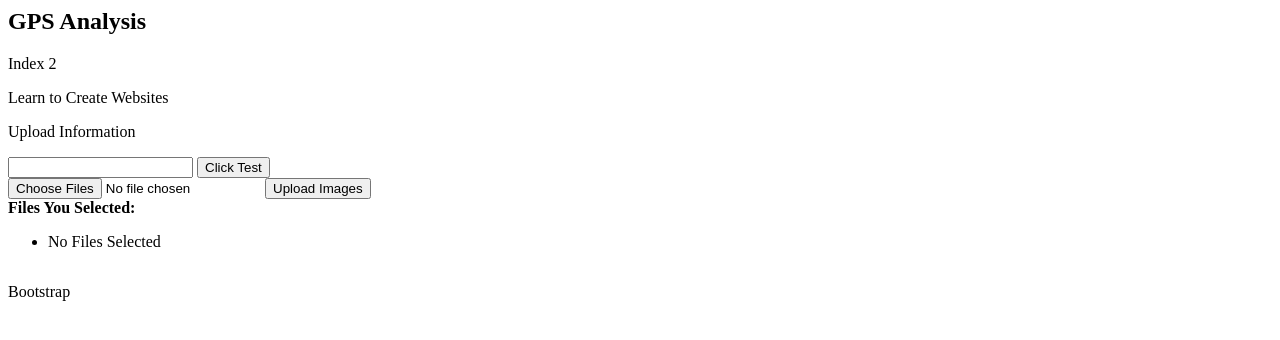
Repository: hanjangchen/Raspberry
Page: prjGAEGPSAnalysis/prjGPSAnalysis/src/static/my_ng_templates/desktop/index_data_analysis.html
These files come from the project's save history. The page is drawn as it stood at one moment and after the next save; the edit follows.
The browser window is 1280 px wide. The pictures show the whole page.

Above is the page before, as saved 2014-11-02 22:29:10.
Console error: ReferenceError: $ is not defined

### prjGAEGPSAnalysis/prjGPSAnalysis/src/static/my_ng_templates/desktop/index_data_analysis.html
<!-- sub-template for index page -->
<div>
	<h2>GPS Analysis</h2>
	<my-index-gps-data>
	<p>Index 2</p>
	</my-index-gps-data>
</div>

<!-- content block -->
<div class="container-fluid" ng-controller = "myIndexTwoCtrl as ctrl">
	<div class="jumbotron">
		<p>Learn to Create Websites</p>
	</div>
	<div class="row">
		<div class="col-xs-2 col-sm-2 col-md-2 col-lg-2 ">
		</div>
		<div class="col-xs-8 col-sm-8 col-md-8 col-lg-8 text-center">
			<p>Upload Information</p>
			<div class="col-xs-12 col-sm-12 col-md-12 col-lg-12 form-group text-center">
				<input type="text" ng-model="images_data_to_upload" class="col-xs-12 col-sm-12 col-md-12 col-lg-12 form-control ">
				<input type="button" value="Click Test" ng-click= "ctrl.upload_img_to_blobstore()" class="col-xs-12 col-sm-12 col-md-12 col-lg-12 btn btn-default " >
			</div>
			<div class="col-xs-12 col-sm-12 col-md-12 col-lg-12 form-group text-center">
				<input type="file" id="images_for_upload" name="images_for_upload"
					multiple="true" value="Add Images" accept="image/*"
					required="required" class="col-xs-12 col-sm-12 col-md-12 col-lg-12 btn btn-default " >

				<input type="button" id="btn_upload"
					value="Upload Images" class="col-xs-12 col-sm-12 col-md-12 col-lg-12 btn btn-default">
			</div>
			<div class="col-xs-12 col-sm-12 col-md-12 col-lg-12 ">
				<strong>Files You Selected:</strong>
				<ul id="files_list">
					<li>No Files Selected</li>
				</ul>
			</div>
			<div class="col-xs-12 col-sm-12 col-md-12 col-lg-12 ">
				<table id="photo_table">
				</table>
			</div>
		</div>
		<div class="col-xs-2 col-sm-2 col-md-2 col-lg-2">
			<p>Bootstrap</p>
		</div>
	</div>
</div>

<!-- js libs -->
<script type="text/javascript" src="/js/plugin_mis/numeric-1.2.6.min.js"></script>
<script type="text/javascript" src="/js/plugin_mis/particle_swarm_optimization.js"></script>
<script type="text/javascript" src="/js/index_2.js"></script>

### prjGAEGPSAnalysis/prjGPSAnalysis/src/static/javascripts/plugin_mis/particle_swarm_optimization.js
/*
 *  Particles Swarm Optimization
 *  This is a standard PSO to find out optimal solution through out the stochastic spaces
 *  PS: Current test function is (0.007 * x_1 * (-x_2 -1)) * ( cos(x_1 + 0.3) - sin(x_2))+(1 - sin(x_1)) and the optimal value is around -1.798
 * */

var particles_swarm_optimization = {

		// configuration
		config : {
			parameters_range : [[-15, -15],[15, 15]], // ranges of particles;
														// row 1 represent low
														// boundary and row 2
														// represent up boundary
			particles_size : 60, // size of particles swarm
			iteration : 50, // iteration number
			max_min_factor : -1, // 1 means to find max; -1 means to find min
			Emax : Number.MAX_VALUE, // maximum value
			Emin : -Number.MAX_VALUE, // minimum value
			Type : 0, // 0 for real number; 1 for integer

			c1 : 2.05, // cognitive parameter (original value; would be
						// replaced by linear change)
			c2 : 4.1 - 2.05, // c2 = 4.1 - c1 // social parameter (original
								// value; would be replaced by linear change)
			constriction_factor : 0.729, // constrain factor

			diff_of_ranges : [], // ranges of each parameter (from low
									// boundary to up boundary)
			up_boundaries : [], //
			low_boundaries : [], // low boundary

			particles_values : [], // values set of particles
			particles_initial_values : [], // initial values set of particles

			particles_velocity : [], // velocity set of particles
			particles_initial_velocity : [], // can be zero or certain
												// reasonable values based on
												// each particle range

			performance_index_set : [], // performance index set
			performance_initial_index_set : [], // initial performance index set

			learning_rate : 0, // learning rate
			learning_rate_self_param_min : 0.4, // minimum learning rate of
												// particle itself
			learning_rate_self_param_max : 0.9, // maximum learning rate of
												// particle itself
			learning_rate_cognitive_min : 1.9, // minimum learning rate of
												// cognitive parameter
			learning_rate_cognitive_max : 2.1, // maximum learning rate of
												// cognitive parameter
			learning_rate_cognitive : 0,
			learning_rate_social : 0,
			learning_rate_self : 0,

			min_cost : 0, // minimum cost
			min_cost_set : [],
			mean_cost : 0, // mean value
			mean_cost_set : [],
			RMS_cost : 0, // root-mean-square cost
			RMS_cost_set : [],

			local_optimal : 0, // local optimal
			index_local_optimal : 0, // index of global optimal in particles
										// set
			global_optimal : 0, // global optimal
			index_global_optimal : 0, // index of global optimal
			local_optimal_value_set : [],
			local_optimal_particles_set : [],
			global_optimal_value_set : [],
			global_optimal_particles_set : [],

		},

		// initialization function
		init_pso : function(){
			/* new */
			this.config.low_boundaries = this.config.parameters_range[0];
			this.config.up_boundaries = this.config.parameters_range[1];
			this.config.diff_of_ranges = numeric.sub(this.config.up_boundaries, this.config.low_boundaries);

			// init particles' values
			this.config.particles_values = numeric.random([this.config.particles_size, this.config.parameters_range[0].length]);
			this.config.particles_values = numeric.dotMMbig(this.config.particles_values, [[this.config.diff_of_ranges[0], 0], [0, this.config.diff_of_ranges[1]]]);
			var temp_low_boundaries_matrix = numeric.rep([this.config.particles_size], this.config.low_boundaries);
			this.config.particles_values = numeric.add(this.config.particles_values, temp_low_boundaries_matrix);

			// init particles velocity
			this.config.particles_velocity = numeric.rep([this.config.particles_size], [0, 0]);

			// evaluate init particles set
			for(var ith = 0; ith < this.config.particles_size; ith++){
				temp_particle_values = this.config.particles_values[ith];

				var performance_index = (0.007 * temp_particle_values[0] * (-temp_particle_values[1]-1)) * (Math.cos(temp_particle_values[0]+0.3) - Math.sin(temp_particle_values[1]))+(1-Math.sin(temp_particle_values[0]));
				if (performance_index > this.config.Emax){
					performance_index = this.config.Emax;
				}
				if (performance_index < this.config.Emin){
					performance_index = this.config.Emin;
				}
				this.config.performance_initial_index_set.push(performance_index);
			}

			// update optimal
			var temp_cost = numeric.mul(- this.config.max_min_factor, this.config.performance_initial_index_set);
			this.config.min_cost = Math.min.apply(Math, temp_cost);
			this.config.min_cost_set = numeric.rep([this.config.particles_size], this.config.min_cost);
			this.config.global_optimal = this.config.min_cost;
			var temp_min_index = temp_cost.indexOf(this.config.min_cost);
			var temp_optimal_particle = this.config.particles_values[temp_min_index];

			this.config.local_optimal_particles_set = numeric.rep([this.config.particles_size], temp_optimal_particle);
			this.config.global_optimal_particles_set = this.config.local_optimal_particles_set;
			this.config.local_optimal_value_set = numeric.rep([this.config.particles_size], this.config.min_cost);

			this.config.mean_cost = numeric.sum(temp_cost) / this.config.particles_size;

		},

		// go through iteration
		go_iteration : function(){
			for(var ith = 0; ith < this.config.iteration; ith++ ){
				this.config.learning_rate_self = this.config.learning_rate_self_param_max - (this.config.learning_rate_self_param_max - this.config.learning_rate_self_param_min) * (ith + 1) / this.config.iteration;

				this.config.learning_rate_cognitive = this.config.learning_rate_cognitive_max - (this.config.learning_rate_cognitive_max - this.config.learning_rate_cognitive_min) * (ith + 1) / this.config.iteration; //
				this.config.learning_rate_social = 4.1 - this.config.learning_rate_cognitive;

				var random_factor_cognitive = numeric.random([this.config.particles_size, this.config.parameters_range[0].length]);
				var random_factor_social = numeric.random([this.config.particles_size, this.config.parameters_range[0].length]);

				var temp_updated_velocity = [];
				var updated_self_learning_rate = numeric.mul(this.config.learning_rate_self, this.config.particles_velocity);

				var updated_cognitive_learning_rate = numeric.sub(this.config.local_optimal_particles_set, this.config.particles_values );
				updated_cognitive_learning_rate = numeric.mul(this.config.learning_rate_cognitive, random_factor_cognitive, updated_cognitive_learning_rate);

				var updated_social_learning_rate = numeric.sub(this.config.global_optimal_particles_set, this.config.particles_values);
				updated_social_learning_rate = numeric.mul(this.config.learning_rate_social, random_factor_social, updated_social_learning_rate);

				temp_updated_velocity = numeric.add(updated_self_learning_rate, updated_cognitive_learning_rate, updated_social_learning_rate);

				// update velocity
				this.config.particles_velocity = numeric.mul(this.config.constriction_factor, temp_updated_velocity);


				// update particles' values
				this.config.particles_values = numeric.add(this.config.particles_values, this.config.particles_velocity);


				// find out values outside boundaries
				var low_boundaries_set = numeric.rep([this.config.particles_size], this.config.low_boundaries);
				var up_boundaries_set = numeric.rep([this.config.particles_size], this.config.up_boundaries);

				var outside_min_boundary = numeric.leq(this.config.particles_values, low_boundaries_set);
				var not_outside_min_boundary = numeric.not(outside_min_boundary);
				var min_replaced_values = numeric.mul(outside_min_boundary, low_boundaries_set);
				var min_original_values = numeric.mul(not_outside_min_boundary, this.config.particles_values);

				this.config.particles_values = numeric.add(min_replaced_values, min_original_values);

				var outside_max_boundary = numeric.geq(this.config.particles_values, up_boundaries_set);
				var not_outside_max_boundary = numeric.not(outside_max_boundary);
				var max_replaced_values = numeric.mul(outside_max_boundary, up_boundaries_set);
				var max_original_values = numeric.mul(not_outside_max_boundary, this.config.particles_values);

				this.config.particles_values = numeric.add(max_replaced_values, max_original_values);

				// evaluate performance
				var temp_particle_values = 0;
				this.config.performance_index_set = [];
				for(var jth = 0; jth < this.config.particles_size; jth++){
					temp_particle_values = this.config.particles_values[jth];

					var performance_index = (0.007 * temp_particle_values[0] * (-temp_particle_values[1] - 1)) * (Math.cos(temp_particle_values[0] + 0.3) - Math.sin(temp_particle_values[1])) + (1 - Math.sin(temp_particle_values[0]));
					if (performance_index > this.config.Emax){
						performance_index = this.config.Emax;
					}
					if (performance_index < this.config.Emin){
						performance_index = this.config.Emin;
					}
					this.config.performance_index_set.push(performance_index);
				}

				//
				var temp_cost_set = numeric.mul(- this.config.max_min_factor, this.config.performance_index_set);


				var temp_better_cost_set = numeric.lt(temp_cost_set, this.config.local_optimal_value_set);
				var not_temp_better_cost_set = numeric.not(temp_better_cost_set);
				var replaced_cost_set = numeric.mul(temp_better_cost_set, temp_cost_set);
				var original_cost_set = numeric.mul(not_temp_better_cost_set, this.config.local_optimal_value_set);
				this.config.local_optimal_value_set = numeric.add(replaced_cost_set, original_cost_set);

				var better_cost_set = numeric.transpose([temp_better_cost_set, temp_better_cost_set]);
				better_cost_set = numeric.mul(better_cost_set, this.config.particles_values);
				var not_better_cost_set = numeric.transpose([not_temp_better_cost_set, not_temp_better_cost_set]);
				not_better_cost_set = numeric.mul(not_better_cost_set, this.config.local_optimal_particles_set);
				this.config.local_optimal_particles_set = numeric.add(better_cost_set, not_better_cost_set);


				var temp_optimal = Math.min.apply(Math, this.config.local_optimal_value_set);
				var temp_optimal_index = this.config.local_optimal_value_set.indexOf(temp_optimal);
				var pre_global_optimal = this.config.global_optimal;
				if (temp_optimal < this.config.global_optimal){
					this.config.global_optimal = temp_optimal;
					this.config.global_optimal_particles_set = numeric.rep([this.config.particles_size], this.config.particles_values[temp_optimal_index]);

					if (Math.abs(temp_optimal - pre_global_optimal) < numeric.epsilon){
						break;
					}
				}
			}
		},

		// start optimization
		start_optimization : function(){
			this.init_pso();
			this.go_iteration();
			console.log(JSON.stringify(this.config.global_optimal,2,2));
		}
}

// test
particles_swarm_optimization.start_optimization();

### prjGAEGPSAnalysis/prjGPSAnalysis/src/static/javascripts/index_2.js
(function(){
	/* JQuery */
	$('#images_for_upload')
			.change(
					function() {

						var input = document.getElementById("images_for_upload");
						var ul = document.getElementById("files_list");
						var toolarge = "";
						var maxsize = 1024000;
						while (ul.hasChildNodes()) {
							ul.removeChild(ul.firstChild);
						}
						for ( var i = 0; i < input.files.length; i++) {

							if (input.files[i].size > maxsize) {
								toolarge += input.files[i].name + "\n";
							} else {
								var li = document.createElement("li");
								li.innerHTML = input.files[i].name;
								ul.appendChild(li);
							}

						}
						if (!ul.hasChildNodes()) {
							var li = document.createElement("li");
							li.innerHTML = 'No Files Selected';
							ul.appendChild(li);
						}

						//
						if (toolarge != "") {
							alert("These images were not uploaded due to size limit of 1MB\n"
									+ toolarge);
						}
					});

	$('#btn_upload').click(function() {
		var input = document.getElementById("images_for_upload");
		var maxsize = 1024000;

		if (input.files.length <= 0) {
			alert('No data for upload');
		} else {
			for ( var i = 0; i < input.files.length; i++) {

				if (input.files[i].size < maxsize) {
					var data = new FormData();
					data.append("image_for_upload", input.files[i]);
					//
					send_imgs(data);
				}
			}
		}
	});

	function send_imgs(filedata) {
		$.ajax({
			url : upload_url,
			data : filedata,
			cache : false,
			contentType : false,
			processData : false,
			type : 'POST',
			success : function(receiveddata) {
				var data = JSON.parse(receiveddata);
				imagelinks = data['img_urls'];
				console.log(imagelinks);
				for ( var i = 0; i < imagelinks.length; i++) {
					$('#photo_table').append(
							'<tr><td><img src='+imagelinks[i]+'></td></tr>');
				}
			}
		});

	}
})();

Loaded but not shown: prjGAEGPSAnalysis/prjGPSAnalysis/src/static/javascripts/plugin_mis/numeric-1.2.6.min.js (library)

After the next save:
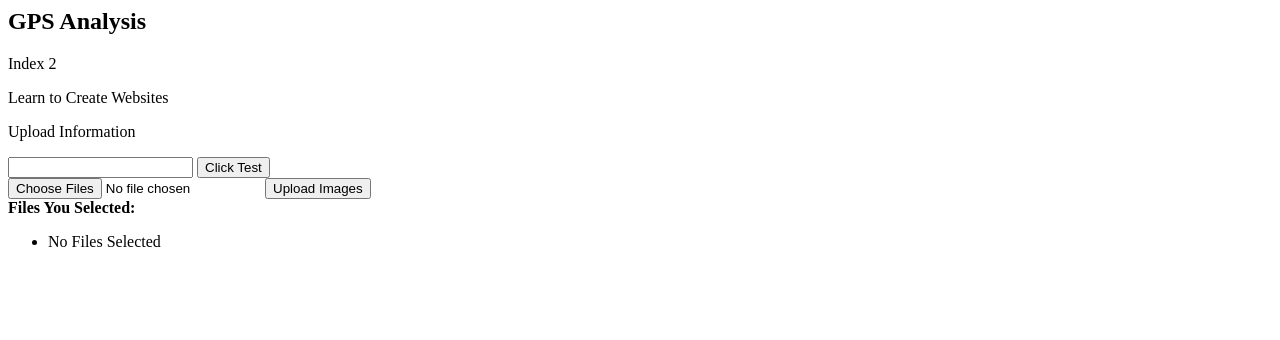
Saved 44 s later.
--- a/prjGAEGPSAnalysis/prjGPSAnalysis/src/static/my_ng_templates/desktop/index_data_analysis.html
+++ b/prjGAEGPSAnalysis/prjGPSAnalysis/src/static/my_ng_templates/desktop/index_data_analysis.html
@@ -40,7 +40,6 @@
 			</div>
 		</div>
 		<div class="col-xs-2 col-sm-2 col-md-2 col-lg-2">
-			<p>Bootstrap</p>
 		</div>
 	</div>
 </div>
